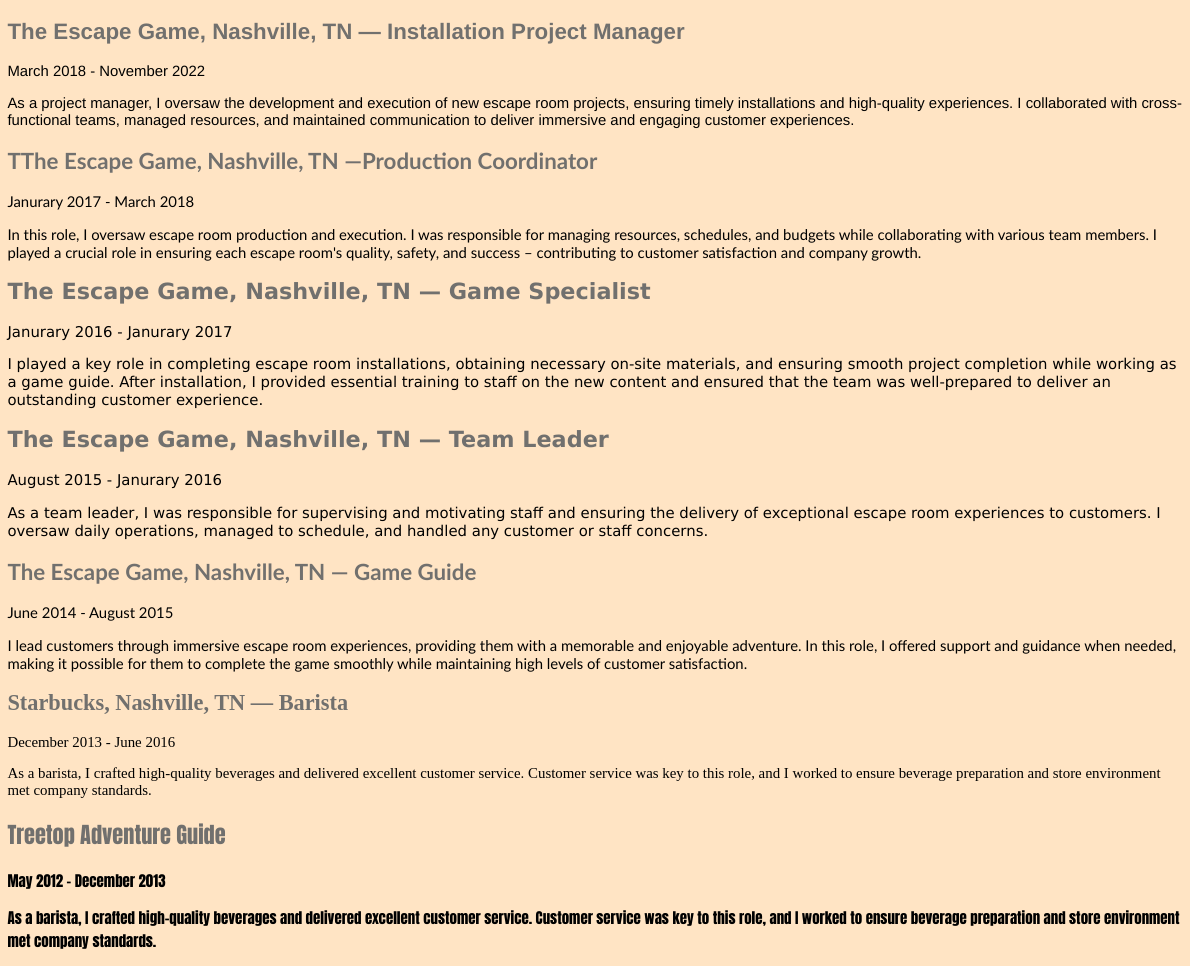
Repository: jgramirez0210/LAB-HTML-Resume
Page: index.html
These files come from the project's save history. The page is drawn as it stood at one moment and after the next save; the edit follows.
The browser window is 1280 px wide. The pictures show the whole page, at 93% of full size.

Above is the page before, as saved 2023-10-10 15:33:50.

After the next save:
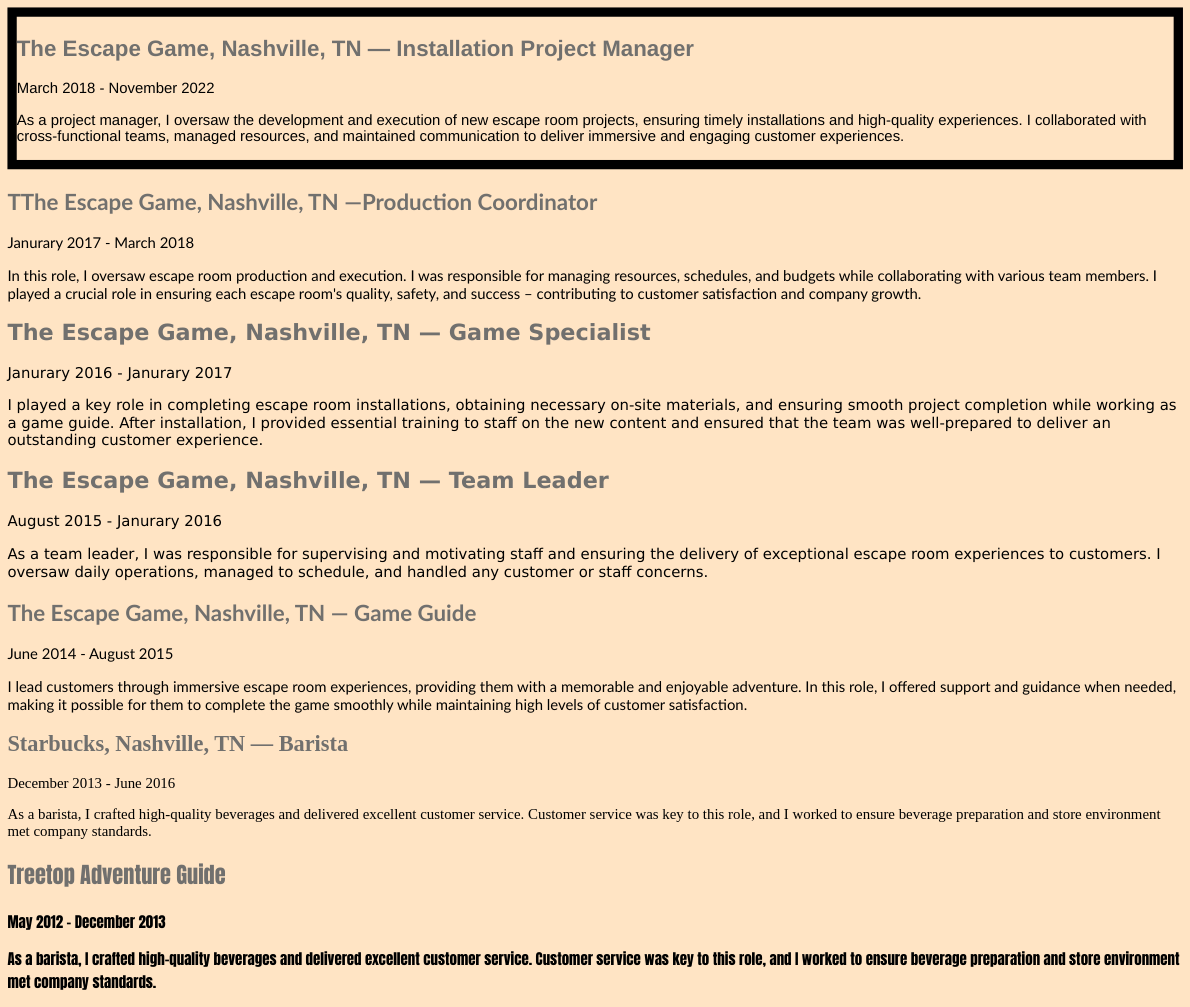
Saved 80 s later.
--- a/main.css
+++ b/main.css
@@ -1,6 +1,6 @@
 #job7 {
   font-family:'Franklin Gothic Medium', 'Arial Narrow', Arial, sans-serif;
-  border: 10 px solid black;
+  border: 10px solid black;
 }
 #job6 {
   font-family:'Gill Sans', 'Gill Sans MT', Calibri, 'Trebuchet MS', sans-serif;
